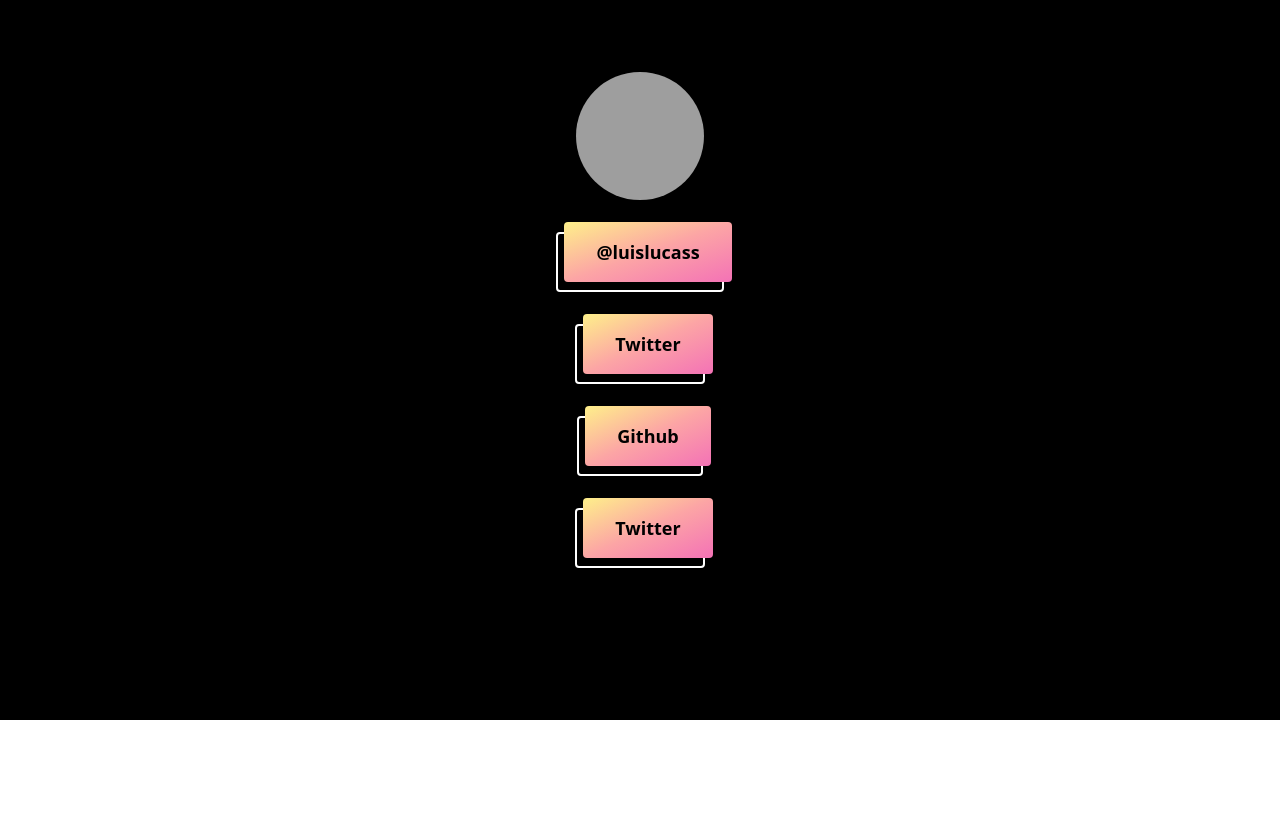
Repository: LuisSempre/link-to
Page: index.html
The author's editor kept a copy of each file at every save. The page is drawn from the files as they stood at one save, then again after the next save.
The browser window is 1280 px wide. The pictures show the whole page.
Pictures or frames that could not be fetched are drawn as grey boxes. Some web libraries are served in a nearby version.

Above is the page before, as saved 2022-07-05 22:12:59.

After the next save:
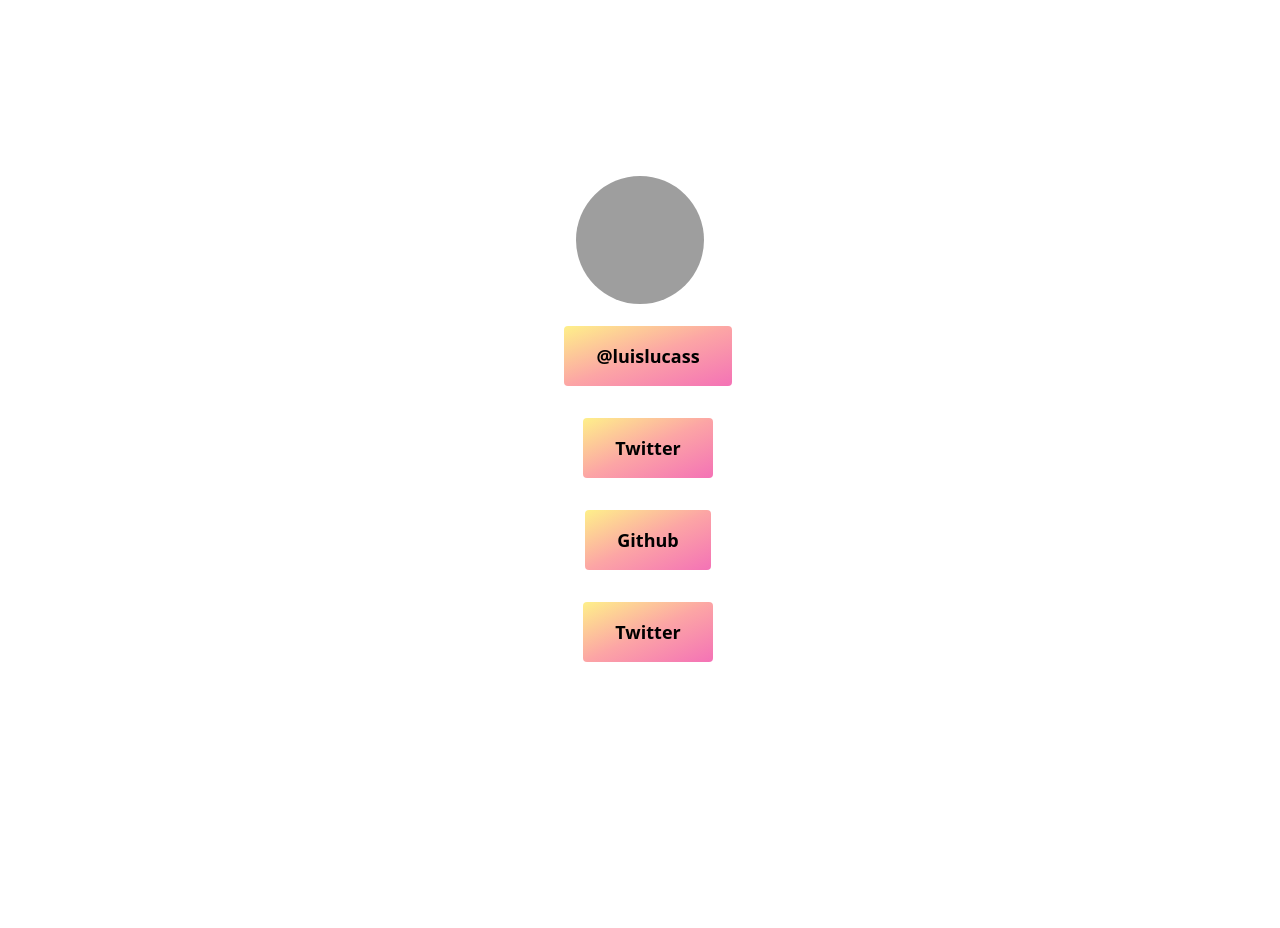
Saved 34 s later.
--- a/index.html
+++ b/index.html
@@ -12,7 +12,7 @@
         <script src="https://cdn.tailwindcss.com"></script>
         <title>Document</title>
     </head>
-    <body style="font-family:system-ui, -apple-system, BlinkMacSystemFont, 'Segoe UI', Roboto, Oxygen, Ubuntu, Cantarell, 'Open Sans', 'Helvetica Neue', sans-serif">
+    <body style="font-family:Verdana, Geneva, Tahoma, sans-serif>
         <div class="h-screen w-full bg-black flex items-center justify-center">
             <section class="relative">
                 <div class="relative z-40 mx-auto h-full max-w-7xl px-10">

After the save that followed:
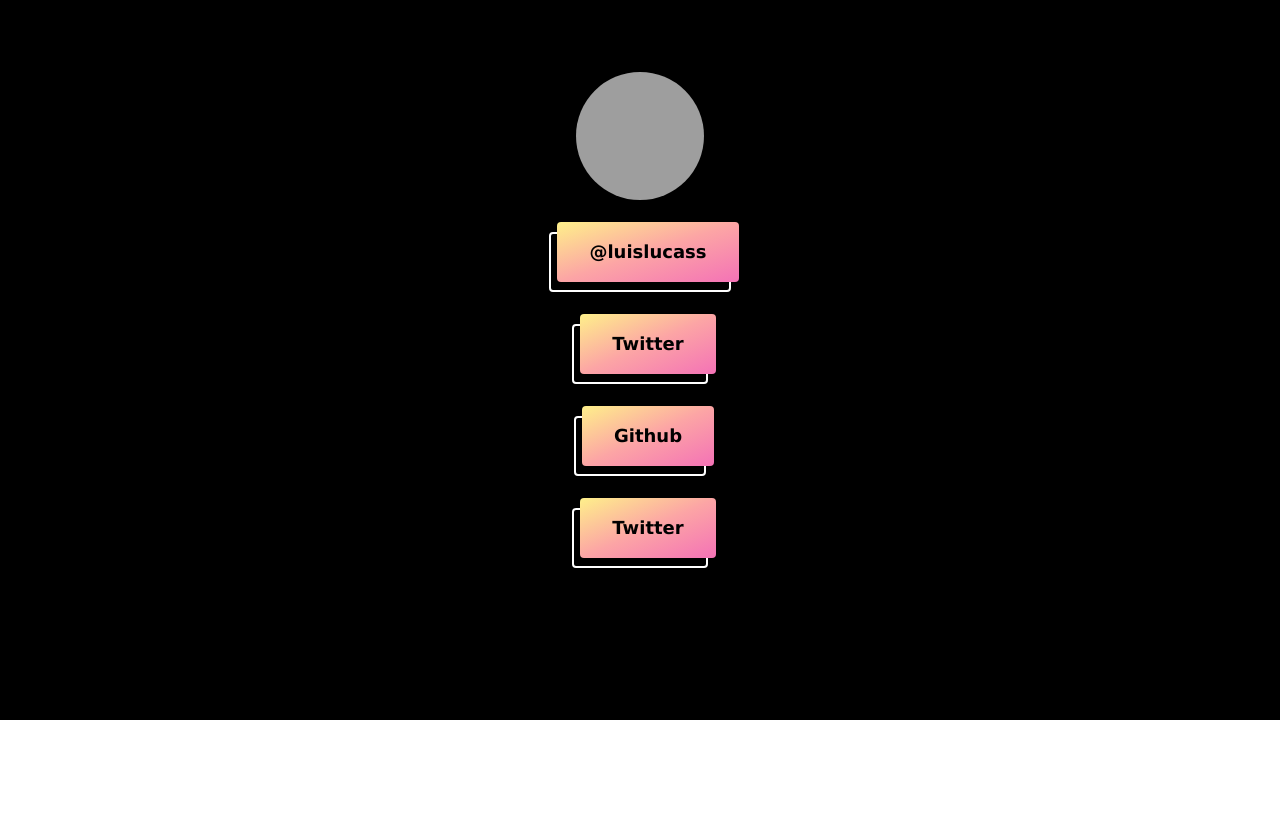
Saved 4 s later.
--- a/index.html
+++ b/index.html
@@ -12,7 +12,7 @@
         <script src="https://cdn.tailwindcss.com"></script>
         <title>Document</title>
     </head>
-    <body style="font-family:Verdana, Geneva, Tahoma, sans-serif>
+    <body style="font-family:Verdana, Geneva, Tahoma, sans-serif">
         <div class="h-screen w-full bg-black flex items-center justify-center">
             <section class="relative">
                 <div class="relative z-40 mx-auto h-full max-w-7xl px-10">
